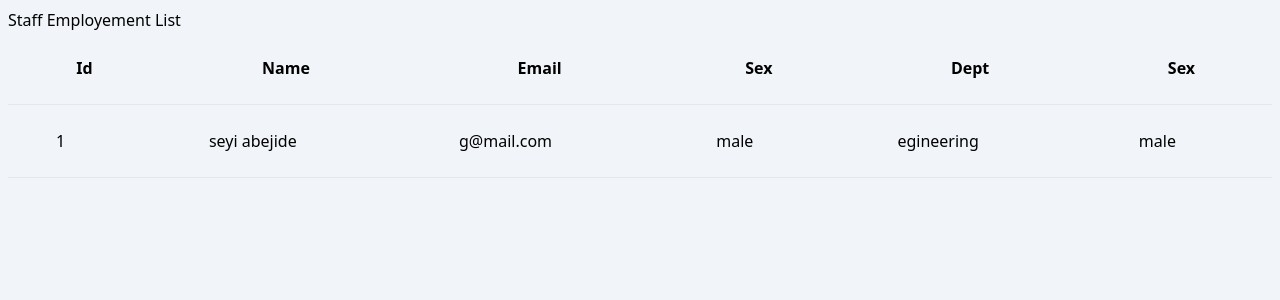
Repository: Semanmernstack/crud
Page: /
The author's editor kept a copy of each file at every save. The page is drawn from the files as they stood at one save, then again after the next save.
The browser window is 1280 px wide. The pictures show the whole page.
The project was rebuilt for these pictures with package versions that can differ from the ones it lists, and the page was loaded fresh each time. Requests to the local data server were answered from the project's data file. Also part of the build but not shown: src/Details.js, src/Create.js, src/Edit.js.

Above is the page before, as saved 2022-12-24 00:39:54.

After the next save:
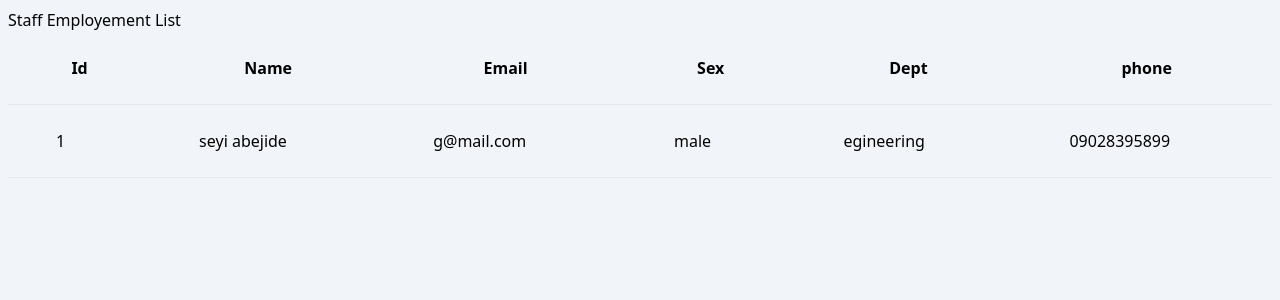
Saved 2 min 4 s later.
--- a/src/List.js
+++ b/src/List.js
@@ -29,11 +29,10 @@ function List() {
                     <th scope='col' className=" lg:py-6 lg:px-12 py-3 px-6">Email</th>
                     <th scope='col' className=" lg:py-6 lg:px-12 py-3 px-6">Sex</th>
                     <th scope='col' className=" lg:py-6 lg:px-12 py-3 px-6">Dept</th>
-                    <th scope='col' className=" lg:py-6 lg:px-12 py-3 px-6">Sex</th>
+                    <th scope='col' className=" lg:py-6 lg:px-12 py-3 px-6">phone</th>
 
                 </tr>
             </thead>
-
             <tbody>
                 {
                     records &&
@@ -44,7 +43,7 @@ function List() {
                         <td className=" lg:py-6 lg:px-12 py-3 px-6">{record.email}</td>
                         <td className=" lg:py-6 lg:px-12 py-3 px-6">{record.sex}</td>
                         <td className=" lg:py-6 lg:px-12 py-3 px-6">{record.dept}</td>
-                        <td className=" lg:py-6 lg:px-12 py-3 px-6">male</td>
+                        <td className=" lg:py-6 lg:px-12 py-3 px-6">{record.phone}</td>
                     </tr>
                     ))
                 }
